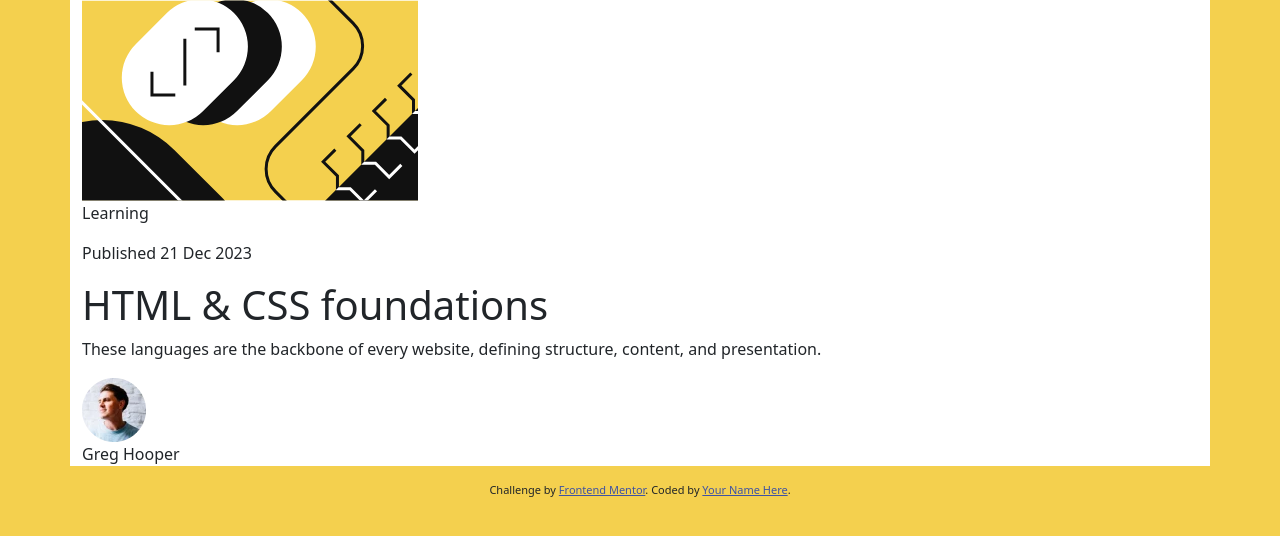
Repository: blordeus/blog-preview-card
Page: index.html
These files come from the project's save history. The page is drawn as it stood at one moment and after a run of saves; the edit follows.
The browser window is 1280 px wide. The pictures show the whole page.
The style sheet was rebuilt from its Sass, Less or Tailwind sources for each picture, by a compiler version that may differ from the author's.

Above is the page before, as saved 2024-02-10 09:12:05.

### index.html
<!DOCTYPE html>
<html lang="en">
<head>
  <meta charset="UTF-8">
  <meta name="viewport" content="width=device-width, initial-scale=1.0"> <!-- displays site properly based on user's device -->

  <link rel="icon" type="image/png" sizes="32x32" href="./assets/images/favicon-32x32.png">
  <link rel="stylesheet" href="style.css">
  <link href="https://cdn.jsdelivr.net/npm/bootstrap@5.1.3/dist/css/bootstrap.min.css" rel="stylesheet" integrity="sha384-1BmE4kWBq78iYhFldvKuhfTAU6auU8tT94WrHftjDbrCEXSU1oBoqyl2QvZ6jIW3" crossorigin="anonymous">
  <title>Frontend Mentor | Blog preview card</title>

</head>
<body class="yellow-bg">
<main class="white-bg container">
    <img src="assets\images\illustration-article.svg" alt="header image">
    <div>
      <p>Learning</p>
    </div>

    <p>Published 21 Dec 2023</p>

    <h1>HTML & CSS foundations</h1>

    <p>These languages are the backbone of every website, defining structure, content, and presentation.</p>

    <div class="flex">
      <img src="assets\images\image-avatar.webp" alt="author image">
      <p>Greg Hooper</p>
    </div>

</main>
<div></div>
<div class="attribution">
    Challenge by <a href="https://www.frontendmentor.io?ref=challenge" target="_blank">Frontend Mentor</a>.
    Coded by <a href="#">Your Name Here</a>.
  </div>
</body>
</html>

### style.scss
@font-face {
    font-family: Figtree;
    src: url(./assets/fonts/Figtree-VariableFont_wght.ttf);
}

@font-face {
    font-family: Figtree-Italic;
    src: url(./assets/fonts/Figtree-Italic-VariableFont_wght.ttf) format("truetype");
    font-style: italic;
}

// Primary

$Yellow: hsl(47, 88%, 63%);

// Neutral

$White: hsl(0, 0%, 100%);
$Grey: hsl(0, 0%, 50%);
$Black: hsl(0, 0%, 7%);

body {
    font-family: Figtree;
}

p {
    font-size: 16px
}

.yellow-bg {
    background-color: $Yellow;

}

.black-bg {
    background-color: $Black;
}

.grey-text {
    color: $Grey;
}

.white-bg {
    background-color: $White;
}

.black-text {
    color: $Black;
}

.attribution { font-size: 11px; text-align: center; }
.attribution a { color: hsl(228, 45%, 44%); }

After the next 2 saves:
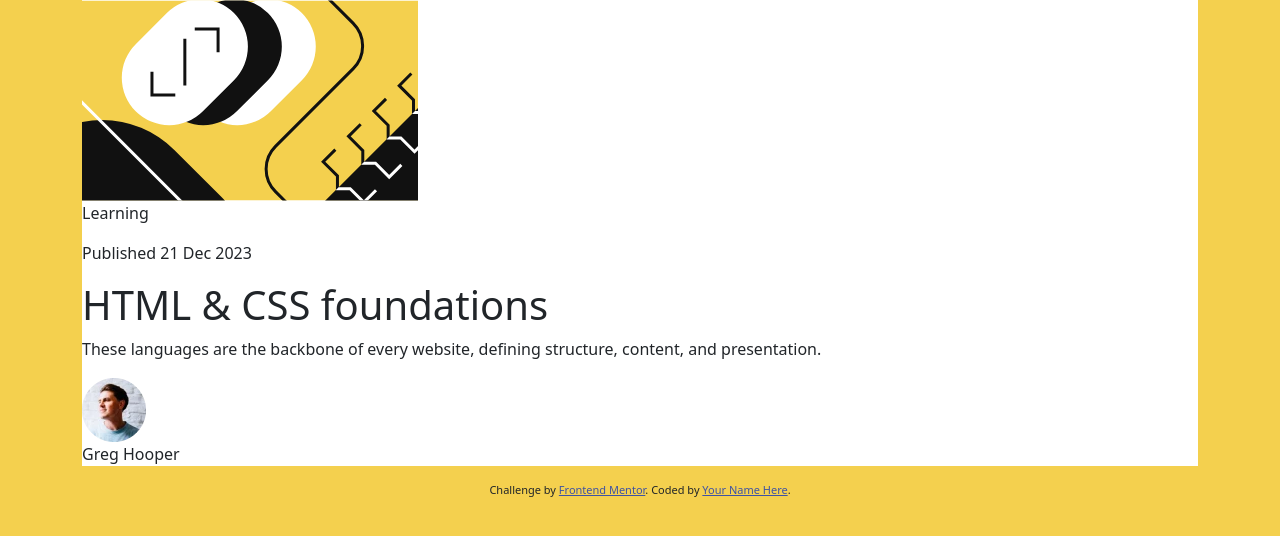
The 2 saves are shown as one change because they came seconds apart.
The last was saved 13 s later.
--- a/index.html
+++ b/index.html
@@ -10,8 +10,8 @@
   <title>Frontend Mentor | Blog preview card</title>
 
 </head>
-<body class="yellow-bg">
-<main class="white-bg container">
+<body class="yellow-bg container">
+<main class="white-bg">
     <img src="assets\images\illustration-article.svg" alt="header image">
     <div>
       <p>Learning</p>
